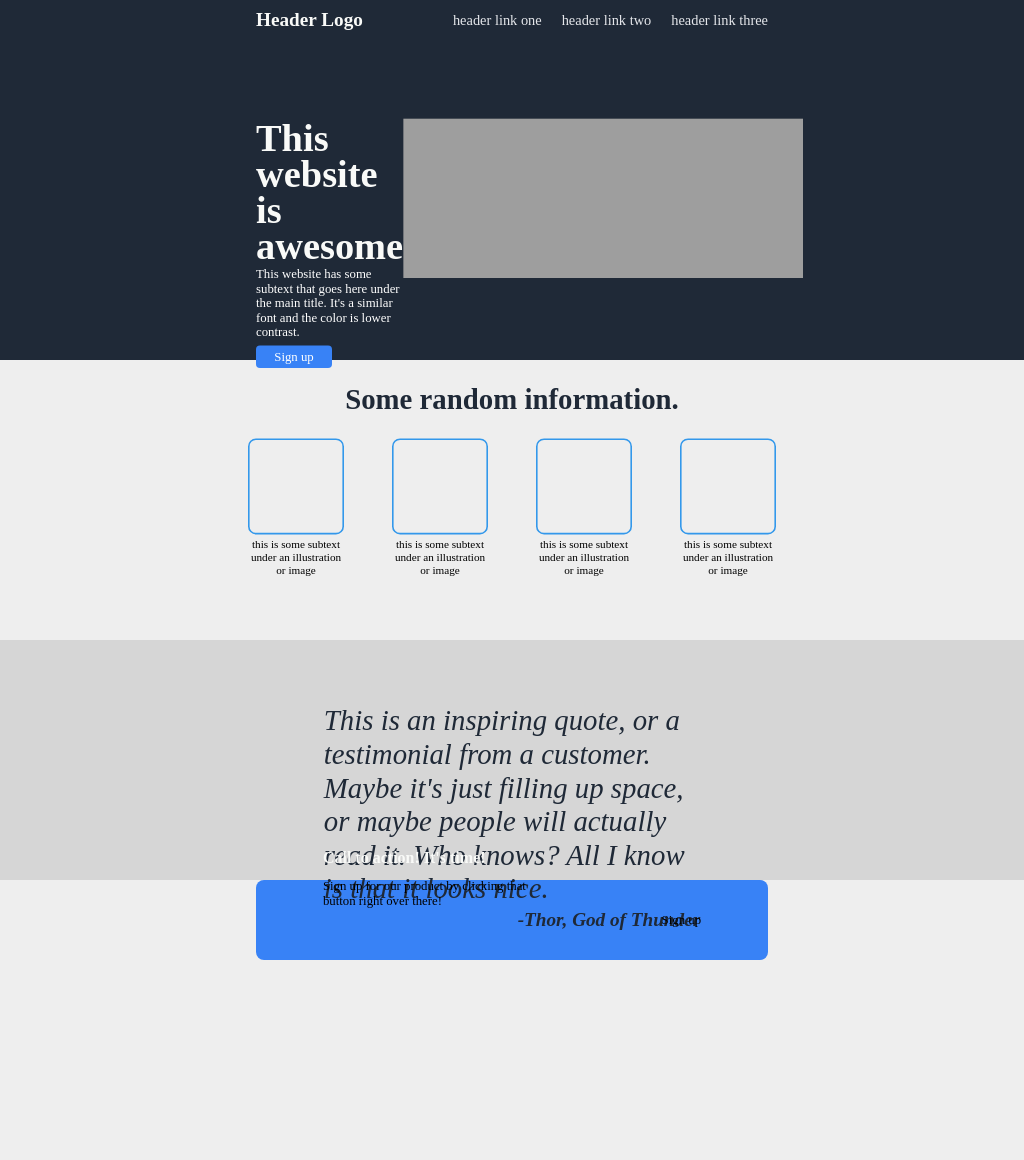
Repository: Pafestivo/Dummy-Landing-Page
Page: index.html
These files come from the project's save history. The page is drawn as it stood at one moment and after the next save; the edit follows.
The browser window is 1280 px wide. The pictures show the whole page, at 80% of full size.
Pictures or frames that could not be fetched are drawn as grey boxes.

Above is the page before, as saved 2022-09-26 19:35:44.

After the next save:
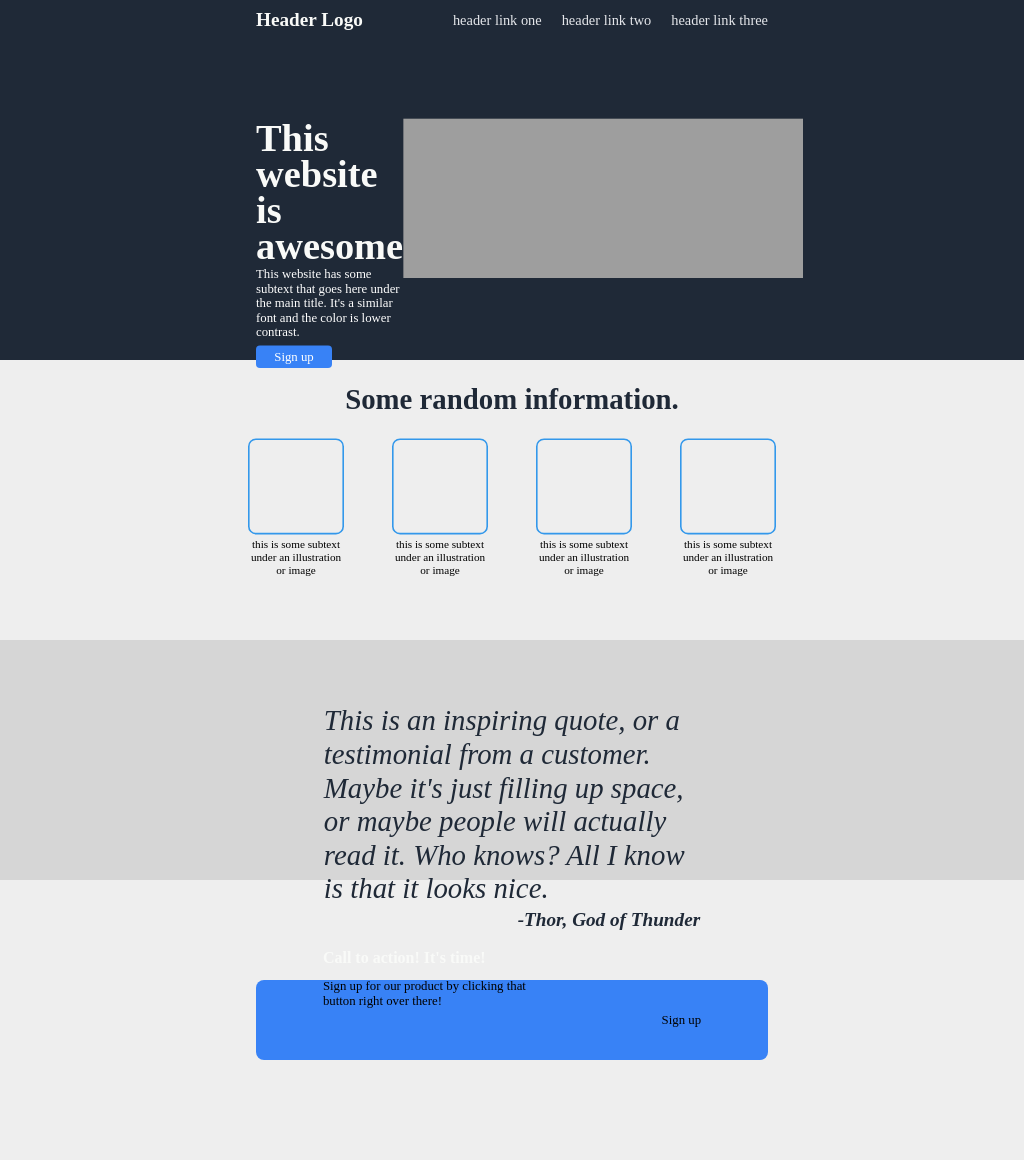
Saved 17 s later.
--- a/styles.css
+++ b/styles.css
@@ -165,6 +165,8 @@ right p {
 /* Fourth section */
 .fourth {
   height: 350px;
+  display: flex;
+  align-items: center;
 }
 
 .coa {
